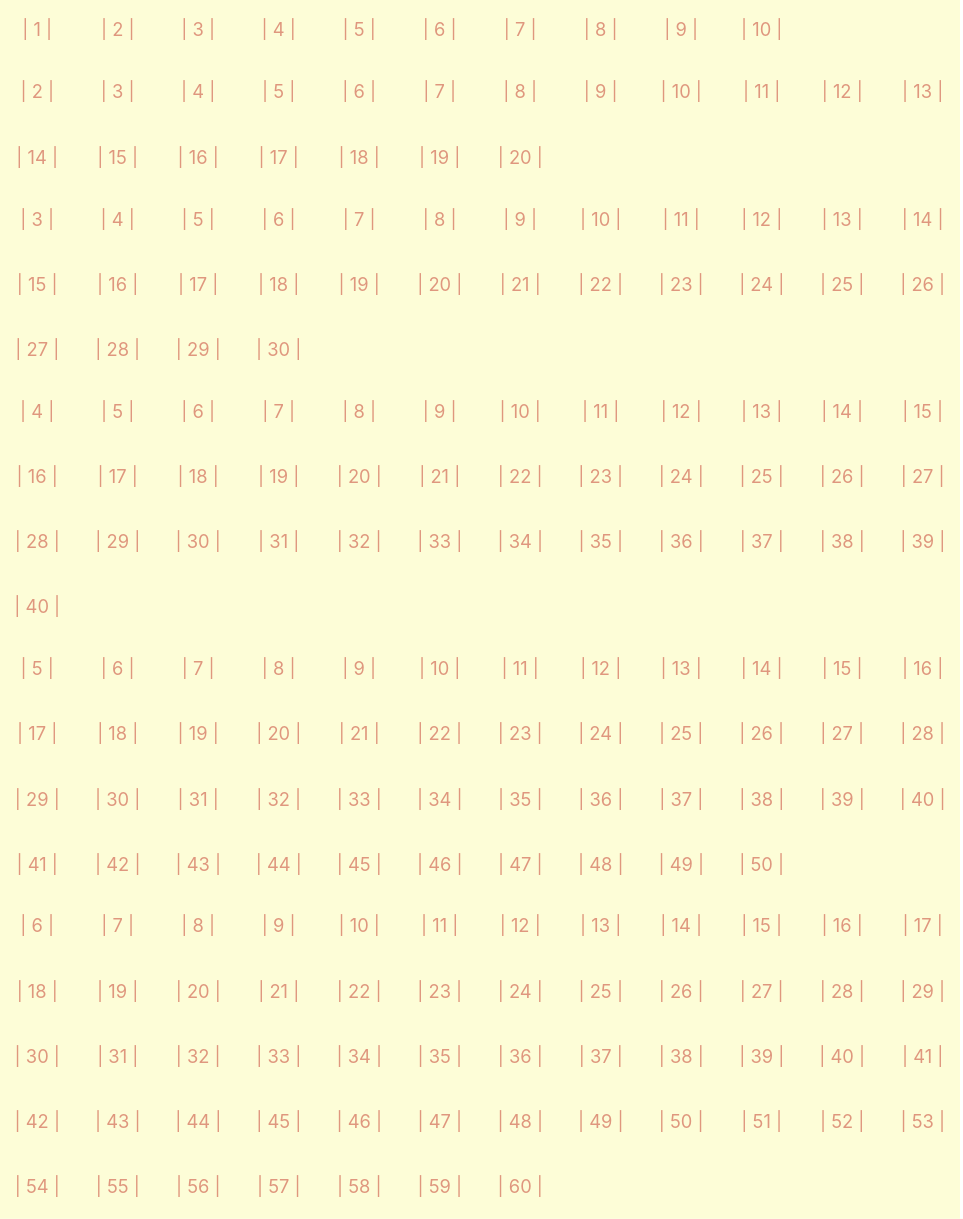
Repository: ghbamorim/megasenaapi
Page: / (app in mega-sena-client/)
An editor plug-in stored every save of this project. The page is shown before and after the next save, followed by the edit.
The browser window is 1280 px wide. The page is 1284 px wide, so the pictures cover 1284 px, including what lies to the right of the window. The pictures show the whole page, at 75% of full size.
The project was rebuilt for these pictures with package versions that can differ from the ones it lists, and the page was loaded fresh each time. Also part of the build but not shown: mega-sena-client/src/App.css.

Above is the page before, as saved 2021-09-12 09:49:44.

### mega-sena-client/src/App.tsx
import Grid from "@material-ui/core/Grid";
import { makeStyles } from "@material-ui/core/styles";
import React from "react";
import "./App.css";
import Row from "./row";

const useStyles = makeStyles((theme) => ({
  App: {
    textAlign: "center",
  },

  AppHeader: {
    backgroundColor: "#FDFDD7",
    minHeight: "100vh",
    alignItems: "center",
    justifyContent: "center",
    fontSize: "calc(10px + 2vmin)",
    color: "#DF977E",
  },
}));

function App() {
  const classes = useStyles();
  const rows: number[] = [];
  for (let i = 1; i <= 6; i++) {
    rows.push(i);
  }

  return (
    <div className={classes.App}>
      <header className={classes.AppHeader}>
        <div>
          {rows.map((i) => {
            return (
              <Grid container spacing={1}>
                <Row startNumber={i} endNumber={i * 10} />
              </Grid>
            );
          })}
        </div>
      </header>
    </div>
  );
}

export default App;

### mega-sena-client/src/row.tsx
import Grid from "@material-ui/core/Grid";
import React from "react";
import "./App.css";

interface IRowProps {
  startNumber: number;
  endNumber: number;
}

const Row: React.FC<IRowProps> = ({ startNumber, endNumber }: IRowProps) => {
  const cols: number[] = [];
  for (let i = startNumber; i <= endNumber; i++) {
    cols.push(i);
  }

  return (
    <React.Fragment>
      {cols.map((i) => {
        return (
          <Grid item xs={1}>
            <div className="App">
              <p>| {i} |</p>
            </div>
          </Grid>
        );
      })}
    </React.Fragment>
  );
};

export default Row;

Loaded but not shown: mega-sena-client/public/index.html (common file); mega-sena-client/src/index.tsx (common file); mega-sena-client/src/index.css (common file); mega-sena-client/src/reportWebVitals.ts (common file)

After the next save:
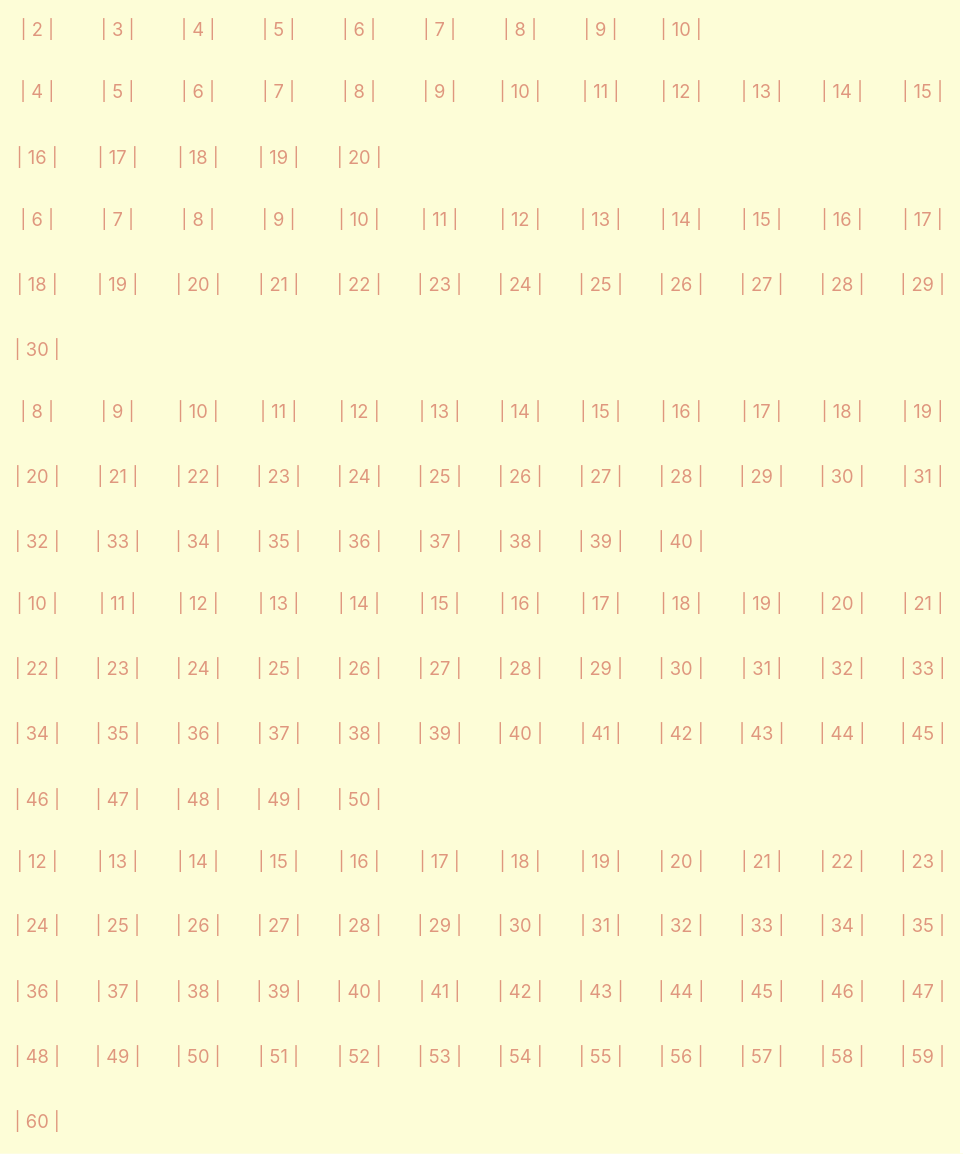
Saved 38 s later.
--- a/mega-sena-client/src/App.tsx
+++ b/mega-sena-client/src/App.tsx
@@ -33,7 +33,7 @@ function App() {
           {rows.map((i) => {
             return (
               <Grid container spacing={1}>
-                <Row startNumber={i} endNumber={i * 10} />
+                <Row startNumber={i * 2} endNumber={i * 10} />
               </Grid>
             );
           })}
